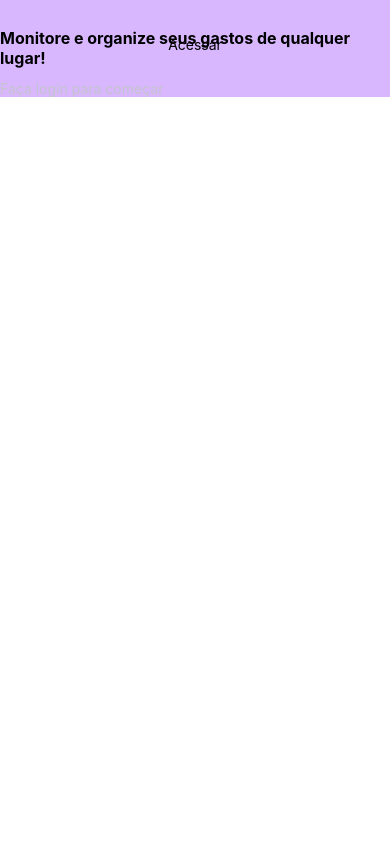
Repository: zz4fff/finance2
Page: /
The author's editor kept a copy of each file at every save. The page is drawn from the files as they stood at one save, then again after the next save.
The browser window is 390 px wide. The pictures show the whole page.
The app was drawn by React Native's web renderer in a window 390 px wide. The project was rebuilt for these pictures with package versions that can differ from the ones it lists, and the page was loaded fresh each time. Some packages were replaced by stand-ins written for this rebuild.

Above is the page before, as saved 2026-04-17 19:22:16.

### App.js
import { StatusBar } from 'expo-status-bar';
import { StyleSheet, Text, View } from 'react-native';

import Welcome from './src/pages/Welcome';

export default function App() {
  return (
    <View>
      <Welcome />
    </View>
  );
}

const styles = StyleSheet.create({
  container: {
    flex: 1,
    backgroundColor: '#fff',
    alignItems: 'center',
    justifyContent: 'center',
  },
});

### src/pages/Welcome/index.js
import React from 'react';
import { View, Text, TouchableOpacity, StyleSheet } from 'react-native';

export default function Welcome() {
  return (
    <View style={styles.container}>
      <Text style={styles.title}>
        Monitore e organize seus gastos de qualquer lugar!
      </Text>
      <Text style={styles.text}>Faça login para começar</Text>
      <TouchableOpacity
        style={styles.button}
        onPress={() => console.log('press')}
      >
        <Text style={styles.buttonText}>Acessar</Text>
      </TouchableOpacity>
    </View>
  );
}

const styles = StyleSheet.create({
  container: {
    flex: 1,
    backgroundColor: '#d8b7ff',
  },

  title: {
    fontSize: 16,
    fontWeight: 'bold',
    marginTop: 28,
    marginBottom: 12,
  },

  text: {
    color: "#c4c4cc",
  },

  button: {
    position: 'absolute',
    backgroundColor: '#871cf',
    borderRadius: 8,
    padding: 12,
    marginTop: 24,
    alignItems: 'center',
    justifyContent: 'center',
    width: '100%',
  },
});

Loaded but not shown: index.js (common file)

After the next save:
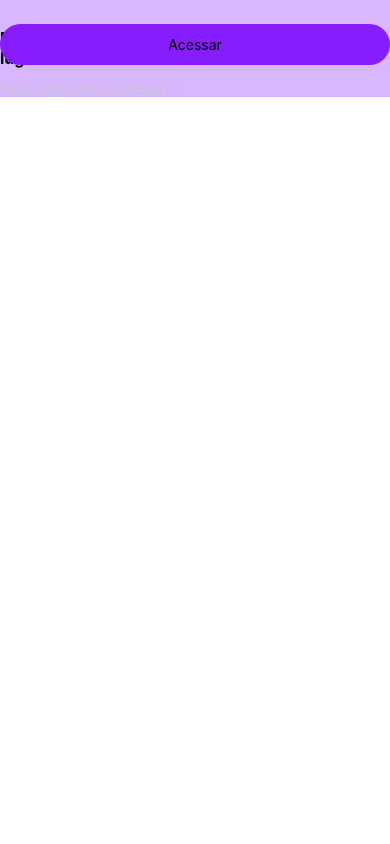
Saved 32 s later.
--- a/src/pages/Welcome/index.js
+++ b/src/pages/Welcome/index.js
@@ -37,8 +37,8 @@ const styles = StyleSheet.create({
 
   button: {
     position: 'absolute',
-    backgroundColor: '#871cf',
-    borderRadius: 8,
+    backgroundColor: '#871cfe',
+    borderRadius: 50,
     padding: 12,
     marginTop: 24,
     alignItems: 'center',
